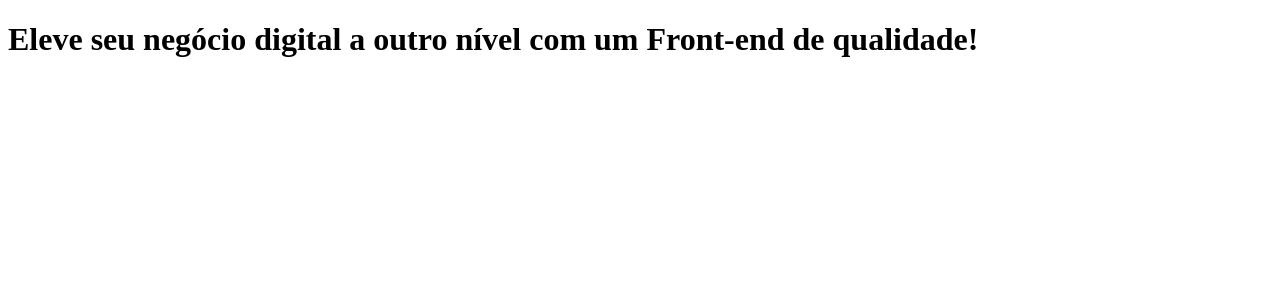
Repository: RenatoCCS/Portfolio_Alura
Page: index.html
These files come from the project's save history. The page is drawn as it stood at one moment and after the next save; the edit follows.
The browser window is 1280 px wide. The pictures show the whole page.

Above is the page before, as saved 2023-02-23 18:01:59.

### index.html
<!DOCTYPE html>
<html lang="pt-br">
  <head>
    <meta charset="UTF-8" />
    <meta http-equiv="X-UA-Compatible" content="IE=edge" />
    <meta name="viewport" content="width=device-width, initial-scale=1.0" />
    <title>POrtfolio</title>
  </head>
  <body>
    <header></header>
    <main>
      <h1>
        Eleve seu negócio digital a outro nível
        <strong> com um Front-end de qualidade! </strong>
      </h1>
    </main>
    <footer></footer>
  </body>
</html>

After the next save:
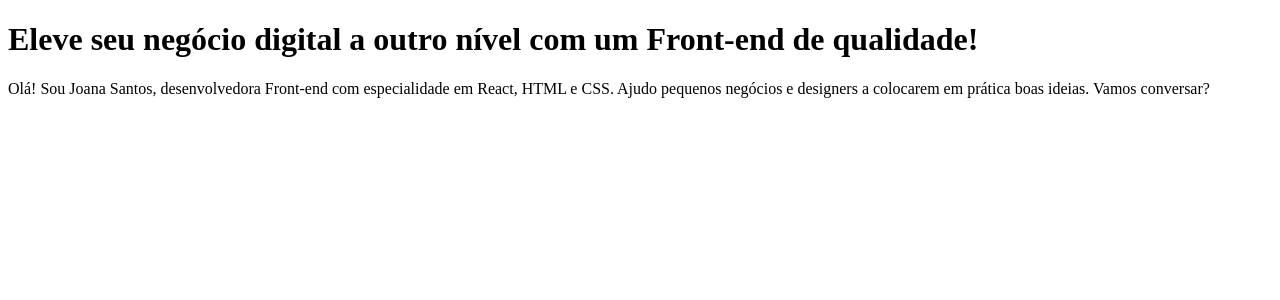
Saved 114 s later.
--- a/index.html
+++ b/index.html
@@ -13,6 +13,11 @@
         Eleve seu negócio digital a outro nível
         <strong> com um Front-end de qualidade! </strong>
       </h1>
+      <p>
+        Olá! Sou Joana Santos, desenvolvedora Front-end com especialidade em
+        React, HTML e CSS. Ajudo pequenos negócios e designers a colocarem em
+        prática boas ideias. Vamos conversar?
+      </p>
     </main>
     <footer></footer>
   </body>
